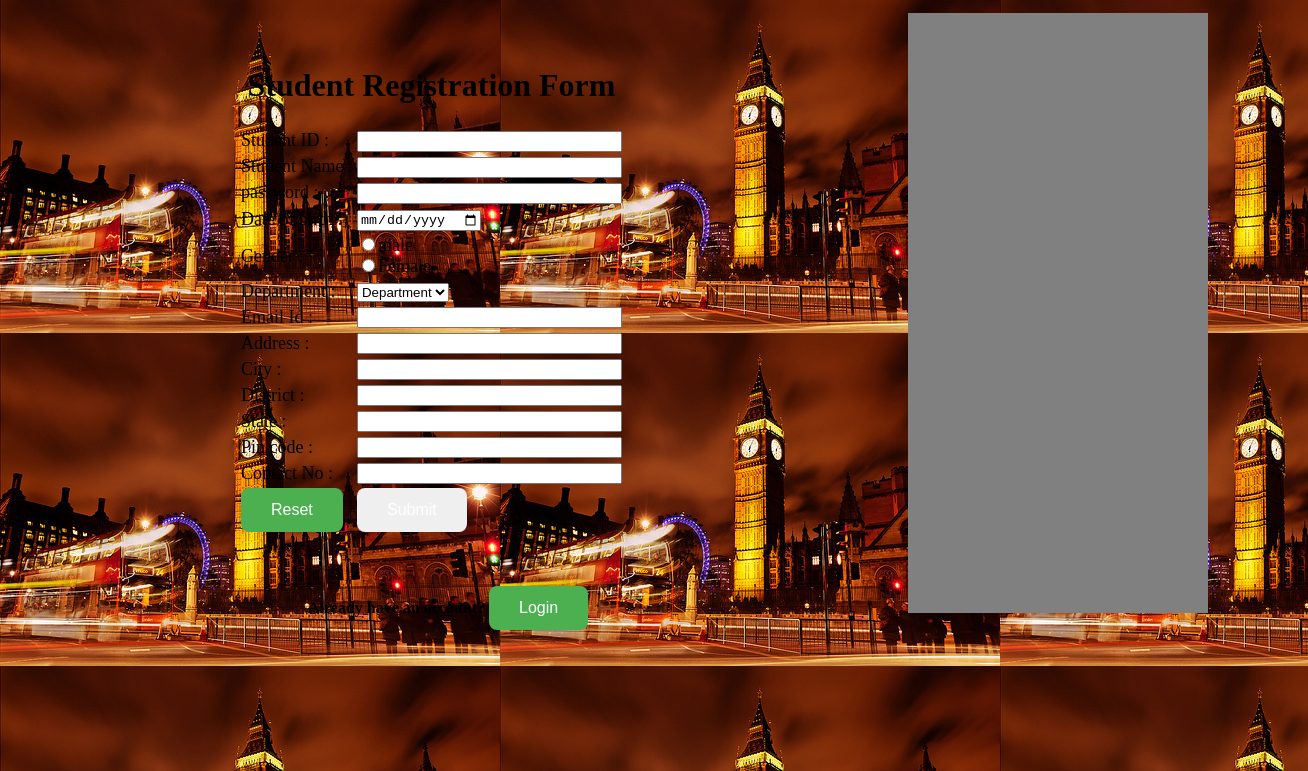
Repository: srikanthModugu/jdbc-servlet-jsp
Page: SutudentRegistration/WebContent/Registration.html
These files come from the project's save history. The page is drawn as it stood at one moment and after the next save; the edit follows.
The browser window is 1280 px wide. The page is 1308 px wide, so the pictures cover 1308 px, including what lies to the right of the window. The pictures show the whole page.

Above is the page before, as saved 2017-10-02 14:42:00.
Console error: SyntaxError: Unexpected end of input

### SutudentRegistration/WebContent/Registration.html
<!DOCTYPE html>
<html>
<head>
<meta charset="UTF-8">
<title>Registration Page</title>
<style type="text/css">
button {
	border: none;
	border-radius: 8px;
	color: white;
	padding: 13px 30px;
	text-align: center;
	text-decoration: none;
	background-color: #4CAF50;
	display: inline-block;
	font-size: 16px;
}

input[type=submit]
{
	border: none;
	border-radius: 8px;
	color: white;
	padding: 13px 30px;
	text-align: center;
	text-decoration: none;

	display: inline-block;
	font-size: 16px;
}

button:hover {
	background-color: #4CAF50;
	color: white;
	box-shadow: 0 12px 16px 0 rgba(0, 0, 0, 0.24), 0 17px 50px 0
		rgba(0, 0, 0, 0.19);
}

td {
	font-size: 18px;
}
</style>

<script type="text/javascript">
function validateform(){
	var name=document.myform.studentName.value;
	var password=document.myform.password.value;

	if (name==null || name==""){
	  alert("Name can't be blank");
	  return false;
	}else if(password.length<6){
	  alert("Password must be at least 6 characters long.");
	  return false;
	  }
</script>

</head>
<body background="fristBg.jpg">
	<div style="height: 755px; width: 1300px; ">



		<div
			style="height: 5px; width: 1300px;  color: white; float: left;">
		</div>

		<div style="height: 700px; width: 1300px; color: white; float: left;">

			<div style="height: 700px; width: 200px;  float: left;">

			</div>

			<div
				style="height: 700px; width: 700px;  color: black; float: left;">
				<form action="Registerformservlet" method="get"  onsubmit="return validateform()" name="myform"  >
					<table style="height: 600; width: 700; margin: 30px;  color: black;">

						<tr>
							<th colspan="2"><h1>Student Registration Form</h1></th>
						</tr>

						<tr>
							<td>Student ID :</td>
							<td><input type='text' name='studentid' size='30'><br></td>
						</tr>

						<tr>
							<td>Student Name :</td>
							<td><input type='text' name='studentName' size='30'><br></td>
						</tr>

						<tr>
							<td>password :</td>
							<td><input type='password' name='password' size='30'><br></td>
						</tr>

						<tr>
							<td>Date of birth :</td>
							<td><input type='date' name="DOB">
							<br></td>
						</tr>

						<tr>
							<td>Gender :</td>
							<td><input type='radio' name='gender' value='male'>male<br>
								<input type='radio' name='gender' value='female'>Female<br></td>
						</tr>

						<tr>
							<td>Department :</td>
							<td><select name='department'>
									<option>Department</option>
									<option>Computer</option>
									<option>Civil</option>
									<option>E & TC</option>
									<option>Mechanical</option>
									<option>IT</option>
							</select></td>
						</tr>

						<tr>
							<td>Email Id :</td>
							<td><input type='email' name='emailId' size='30'><br></td>
						</tr>

						<tr>
							<td>Address :</td>
							<td><input type='text' name='address' size='30'><br></td>
						</tr>

						<tr>
							<td>City :</td>
							<td><input type='text' name='city' size='30'><br></td>
						</tr>

						<tr>
							<td>District :</td>
							<td><input type='text' name='district' size='30'><br></td>
						</tr>

						<tr>
							<td>State :</td>
							<td><input type='text' name='state' size='30'><br></td>
						</tr>

						<tr>
							<td>Pin code :</td>
							<td><input type='text' name='pincode' size='30'
								pattern="[0-9]{4}" maxlength="6"><br></td>
						</tr>

						<tr>
							<td>Contact No :</td>
							<td><input type='text' name='contactNo' size='30'><br></td>
						</tr>


						<tr>
							<td><button type="submit" formaction="RegisterForm.html">Reset</button></td>
							<td><input type="submit" value="Submit"></td>
						</tr>
					</table>

					<div
						style="height: 25px; width: 400px;  color: black; float: left; margin-left: 100px">
						<h4>
							Already have an account?
							<button type="submit" formaction="LoginPage.html">Login</button>
						</h4>
					</div>
				</form>


			</div>
			<div
				style="height: 600px; width: 300px; background-color: gray; color: white; float: left;"></div>
		</div>
	</div>

</html>

After the next save:
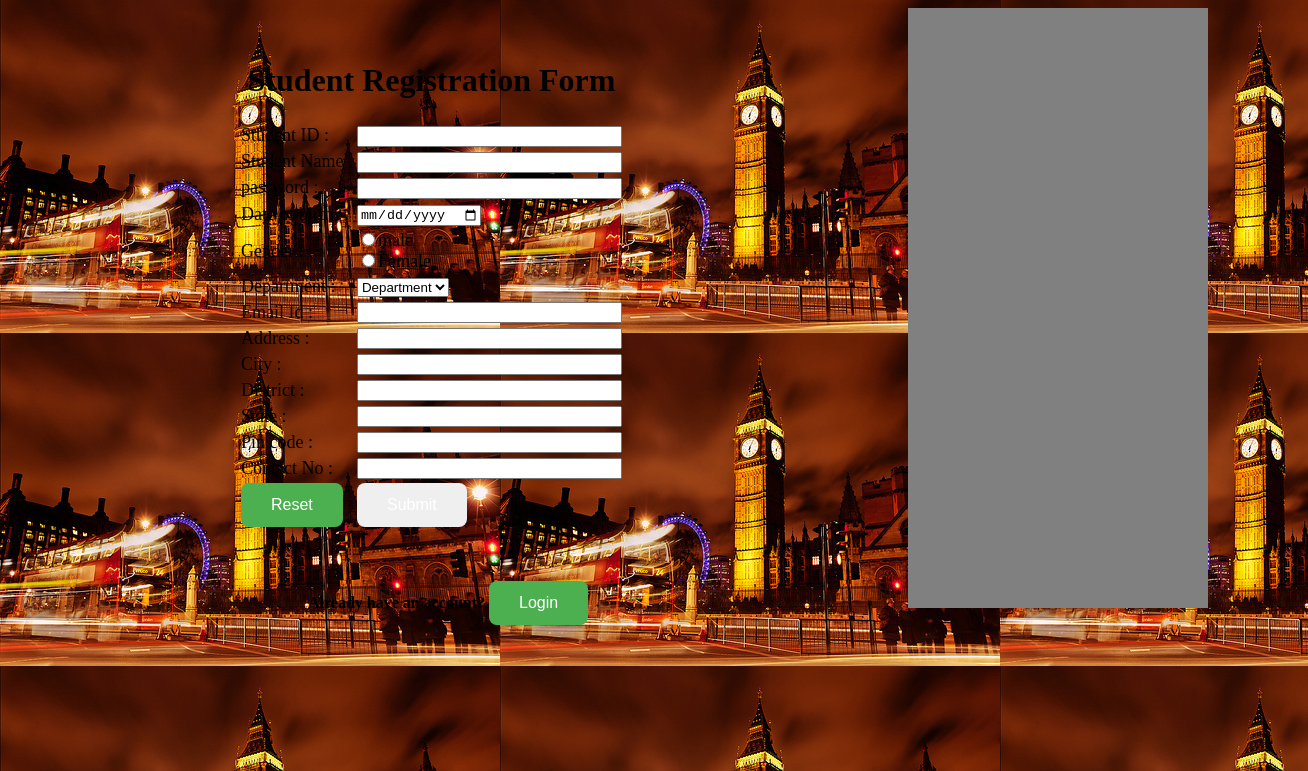
Saved 35 s later.
--- a/SutudentRegistration/WebContent/Registration.html
+++ b/SutudentRegistration/WebContent/Registration.html
@@ -61,9 +61,7 @@ function validateform(){
 
 
 
-		<div
-			style="height: 5px; width: 1300px;  color: white; float: left;">
-		</div>
+
 
 		<div style="height: 700px; width: 1300px; color: white; float: left;">
 
